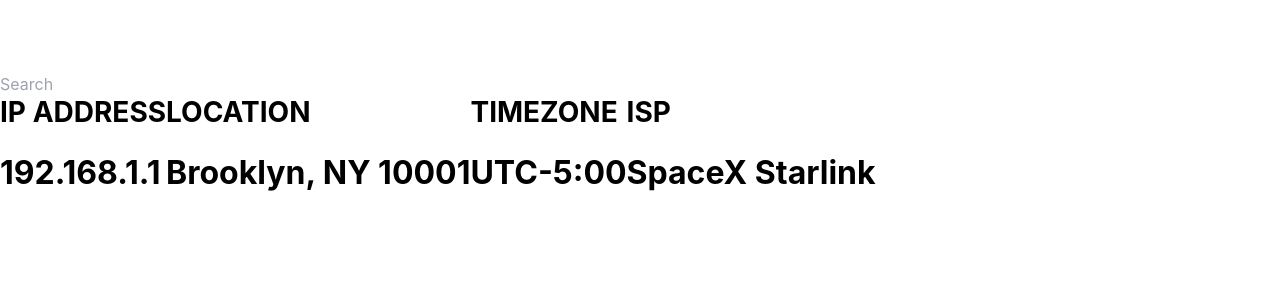
Repository: Dealsy/IP-Tracker
Page: /
An editor plug-in stored every save of this project. The page is shown before and after the next save, followed by the edit.
The browser window is 1280 px wide. The pictures show the whole page.
The project was rebuilt for these pictures with package versions that can differ from the ones it lists, and the page was loaded fresh each time. The framework's server and built-in components were replaced by stand-ins that run in the browser. Also part of the build but not shown: next.config.js, styles/Home.module.css.

Above is the page before, as saved 2022-04-21 21:23:52.

After the next save:
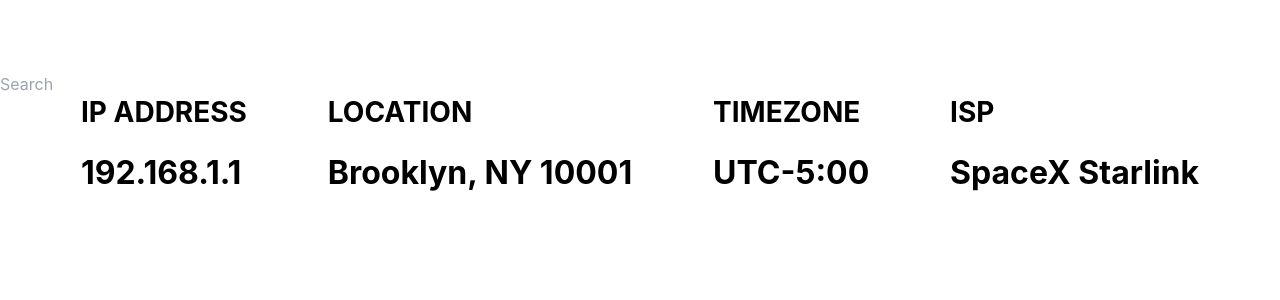
Saved 17 s later.
--- a/pages/index.js
+++ b/pages/index.js
@@ -14,8 +14,8 @@
       <main>
         <h1 className="text-white">IP Address Tracker</h1>
         <input type="search" placeholder="Search" />
-        <div className="flex flex-row">
-          <div>
+        <div className="flex flex-row justify-evenly">
+          <div className="">
             <h3>IP ADDRESS</h3>
             <h2> 192.168.1.1 </h2>
           </div>
